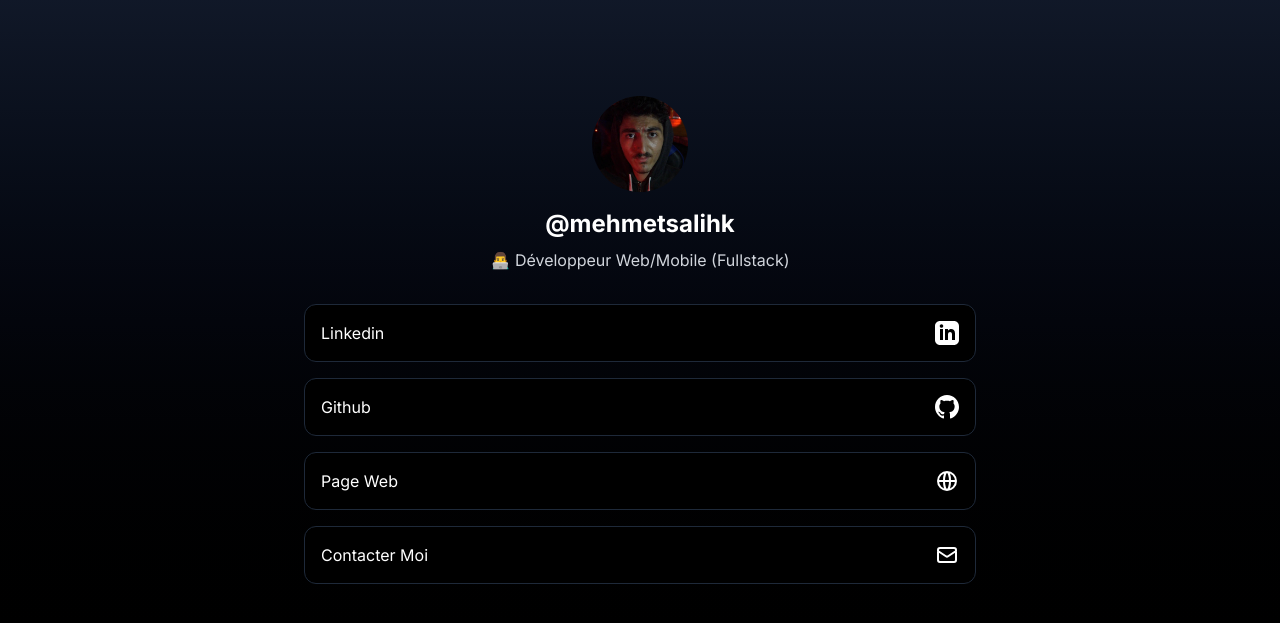
Repository: MehmetSalihK/sketur60
Page: /
An editor plug-in stored every save of this project. The page is shown before and after the next save, followed by the edit.
The browser window is 1280 px wide. The pictures show the whole page.
The project was rebuilt for these pictures with package versions that can differ from the ones it lists, and the page was loaded fresh each time. The framework's server and built-in components were replaced by stand-ins that run in the browser. Also part of the build but not shown: next.config.ts.

Above is the page before, as saved 2025-06-02 11:27:38.

After the next save:
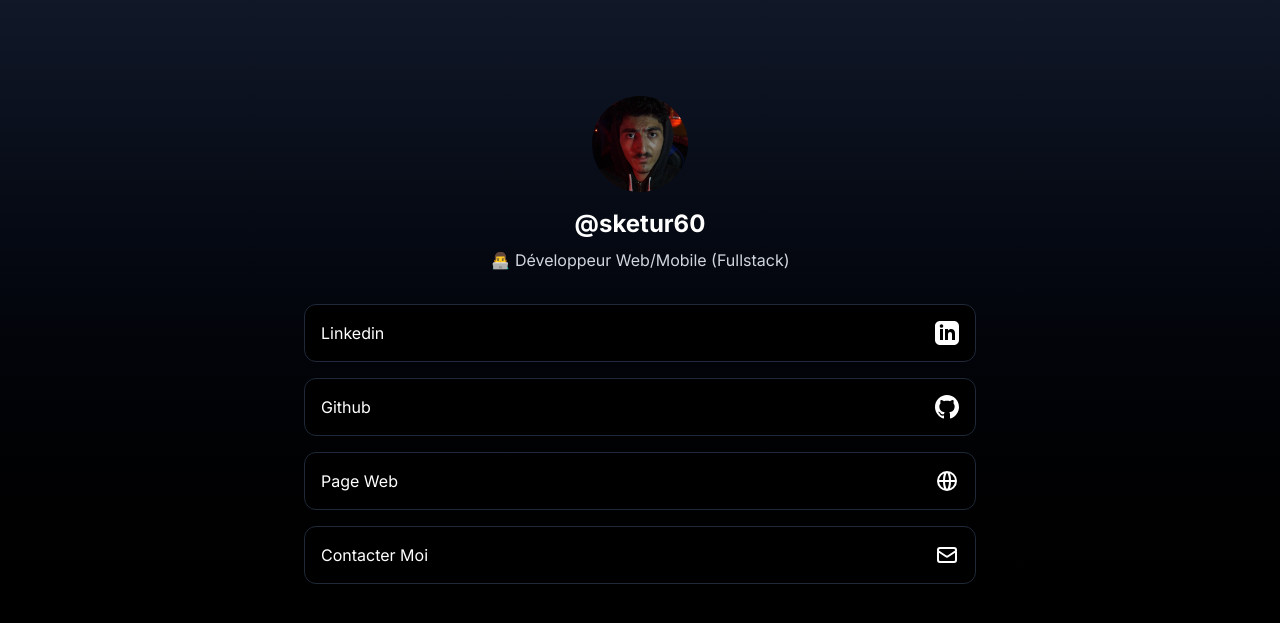
Saved 28 s later.
--- a/src/app/page.tsx
+++ b/src/app/page.tsx
@@ -17,7 +17,7 @@
         </div>
 
         {/* Nom d'utilisateur */}
-        <h1 className="text-2xl font-bold mb-2">@mehmetsalihk</h1>
+        <h1 className="text-2xl font-bold mb-2">@sketur60</h1>
 
         {/* Description */}
         <p className="text-gray-300 mb-8 text-center">
